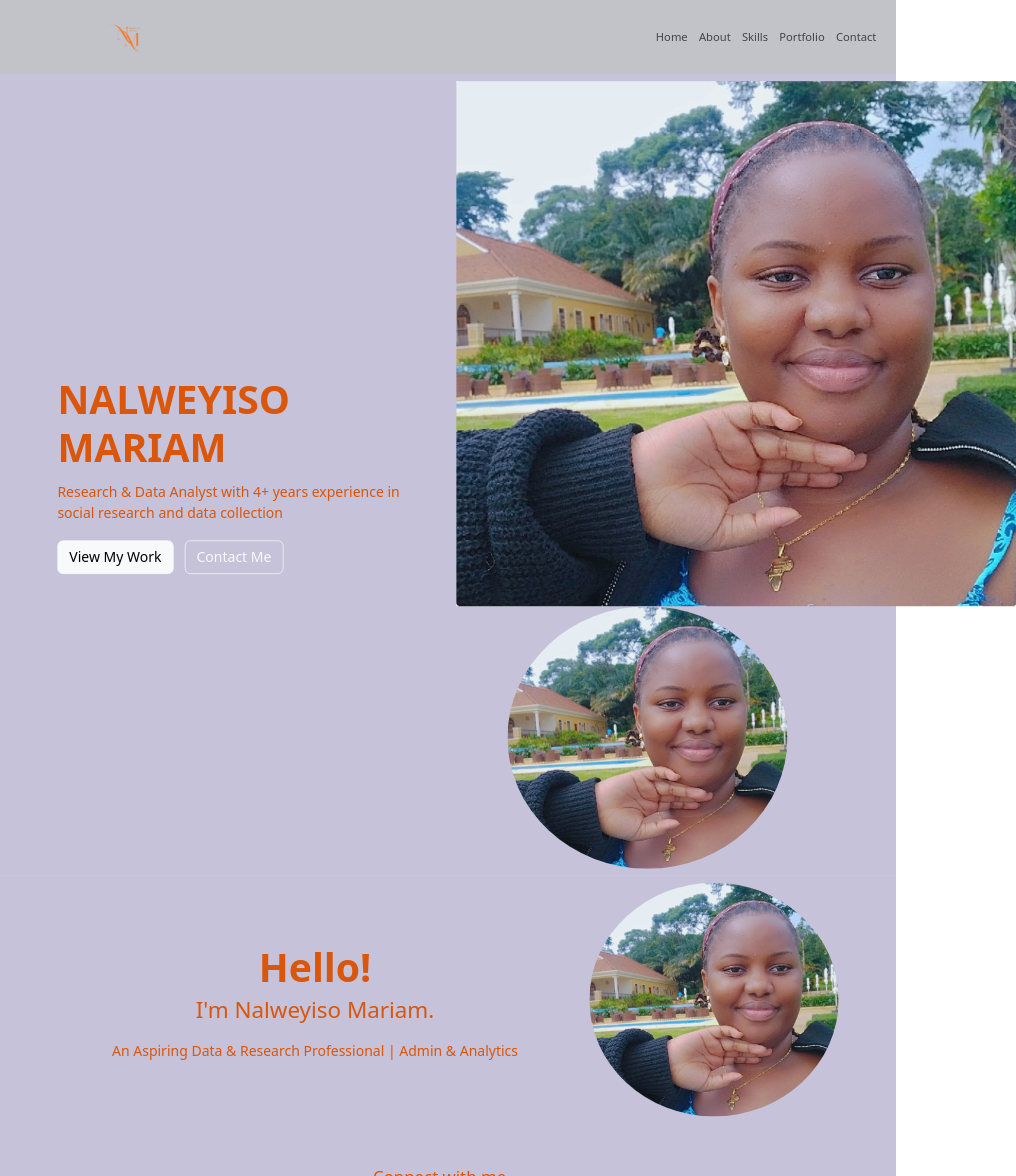
Repository: NalweMari/My-Personal-Portfolio
Page: index.html
An editor plug-in stored every save of this project. The page is shown before and after the next save, followed by the edit.
The browser window is 1280 px wide. The page is 1452 px wide, then 1280 px, so the pictures cover 1452 px, including what lies to the right of the window. The pictures show the part of the page from y = 0 to 1680 px (the page is 2622 px tall before and 1872 px after), at 70% of full size.

Above is the page before, as saved 2025-11-28 11:17:40.
Console error (its wording comes from the project's code and is left out).

### index.html
<!DOCTYPE html>
<html lang="en">

<head>
    <meta charset="UTF-8">
    <meta name="viewport" content="width=device-width, initial-scale=1.0">
    <title>My Portfolio</title>
    <link rel="stylesheet" href="style.css">
    <!-- Bootstrap CSS -->
    <link href="https://cdn.jsdelivr.net/npm/bootstrap@5.3.0/dist/css/bootstrap.min.css" rel="stylesheet">
    <!-- Font Awesome for icons -->
    <link rel="stylesheet" href="https://cdnjs.cloudflare.com/ajax/libs/font-awesome/6.4.0/css/all.min.css">

</head>

<body>
    <!-- Navigation -->

    <nav class="navbar navbar-expand-lg navbar-light bg-custom">
        <div class="container me-2">
            <a class="navbar-brand" href="#"><img src="images/Initials_Logo-preview (1).png" alt="Your Logo"
                    height="80"></a> <button class="navbar-toggler" type="button" data- 6 toggle="collapse"
                data-target="#navbarNav" aria-controls="navbarNav" aria-expanded="false" aria-label="Toggle navigation">
                <span class="navbar-toggler-icon"></span> </button>
            <div class="collapse navbar-collapse" id="navbarNav">
                <ul class="navbar-nav ms-auto">
                    <li class="nav-item"><a class="nav-link" href="#home">Home</a></li>
                    <li class="nav-item"><a class="nav-link" href="#about">About</a></li>
                    <li class="nav-item"><a class="nav-link" href="#skills">Skills</a></li>
                    <li class="nav-item"><a class="nav-link" href="#portfolio">Portfolio</a></li>
                    <li class="nav-item"><a class="nav-link" href="#contact">Contact</a></li>
                </ul>
            </div>
        </div>
    </nav>

    <!-- Hero Section -->
    <section id="home" class="hero-section">
        <div class="container">
            <div class="row align-items-center">
                <div class="col-lg-6">
                    <h1 class="display-4 fw-bold mb-3">NALWEYISO MARIAM</h1>
                    <p class="lead mb-4">Research & Data Analyst with 4+ years experience in social research and data collection</p>
                    <div class="d-flex flex-wrap gap-3">
                        <a href="#portfolio" class="btn btn-light btn-lg">View My Work</a>
                        <a href="#contact" class="btn btn-outline-light btn-lg">Contact Me</a>
                    </div>
                </div>
                <div class="col-lg-6 text-center mt-5 mt-lg-0">
                    <img src="images/Profile design.png" alt="Profile" class="">
                    <img src="images/Profile design.png" class="img-fluid rounded-circle large-profile" alt="Nalweyiso Mariam">
                </div>
            </div>
        </div>
    </section>

    <!-- Hero Section -->
    <!-- <section id="home" class="hero-section text-center">
        <div class="container">
            <h1 class="display-4 fw-bold">MARIAM</h1>
            <p class="lead">Web Developer & UI/UX Designer</p>
            <a href="#projects" class="btn btn-primary btn-lg mt-3">View My Work</a>
        </div>
    </section> -->
    <section id="home" class="hero-section text-center">
        <div class="container">
            <div class="row align-items-center">
                <div class="col-md-8">
                    <h1 class="display-4 fw-bold">Hello!</h1>
                    <h2 class="mb-4">I'm Nalweyiso Mariam.</h2>
                    <p class="lead">An Aspiring Data & Research Professional | Admin & Analytics</p>
                    <p></p>
                    <!-- <a href="#projects" class="btn btn-primary btn-lg mt-3">View My Work</a>
                    <a href="#" class="btn btn-outline-primary mt-3">Download CV</a> -->
                </div>
                <div class="col-md-4 text-center mb-4">
                    <img src="images/Profile design.png" alt="Profile" class="img-fluid rounded-circle large-profile">
                </div>
                <div class="row mt-5">
                    <div class="col text-center">
                        <h4>Connect with me</h4>
                        <div class="mt-3">
                            <a href="#" class="text-dark me-3"><i class="fab fa-linkedin fa-2x"></i></a>
                            <a href="#" class="text-dark me-3"><i class="fab fa-github fa-2x"></i></a>
                            <a href="#" class="text-dark me-3"><i class="fab fa-twitter fa-2x"></i></a>
                        </div>
                    </div>
                </div>
    </section>
    <!-- About Section -->

    <section id="about" class="py-5">
        <div class="container">
            <h1 class="">MARIAM</h1>
            <p class="lead">Web Developer & UI/UX Designer</p>
            <a href="#projects" class="btn btn-primary btn-lg mt-3">View My Work</a>
            <section id="about" class="">
                <div class="container">
                    <div class="row align-items-center">
                        <div class="display-4 fw-bold">
                            <img src="https://via.placeholder.com/300" alt="Profile" class="img-fluid rounded-circle">
                        </div>
                        <div class="col-md-8">
                            <h2 class="mb-4">About Me</h2>
                            <p class="lead">I'm a research /data analyst with of 4 years
                                experience in social research, qualitative and quantitative data collection.</p>
                            <p>I'm currently developing strong analytical capacity with practical learning in Excel,
                                SQL,
                                Python,
                                and data visualization. Skilled in documentation, scheduling, planning, teamwork, and
                                report
                                drafting, with additional beginner-level exposure to web development. I'm always eager
                                to learn
                                new technologies and take on challenging projects.</p>
                            <a href="#" class="btn btn-outline-primary mt-3">Download CV</a>
                        </div>
                    </div>
                </div>
            </section>
            <script src="https://stackpath.bootstrapcdn.com/bootstrap/4.5.2/js/bootstrap.min.js"></script>
</body>

</html>

### Style.css
.bg-custom {
  background-color: rgba(3, 0, 31, 0.24);
}

.hero-section {
  background-color: rgba(13, 3, 99, 0.24);
  color:  rgb(218, 86, 10);
     /* color: white; */
  padding: 10px 0;
}
.large-profile {
    width: 400px;
    height: 400px;
    object-fit: cover;
}
/* .skill-bar {
  height: 20px;
  background-color: #e9ecef;
  border-radius: 5px;
  margin-bottom: 15px;
}
.skill-progress {
  height: 100%;
  border-radius: 5px;
  background-color: #0d6efd;
}
.project-card {
  transition: transform 0.3s;
}
.project-card:hover {
  transform: translateY(-5px);
} */

After the next save:
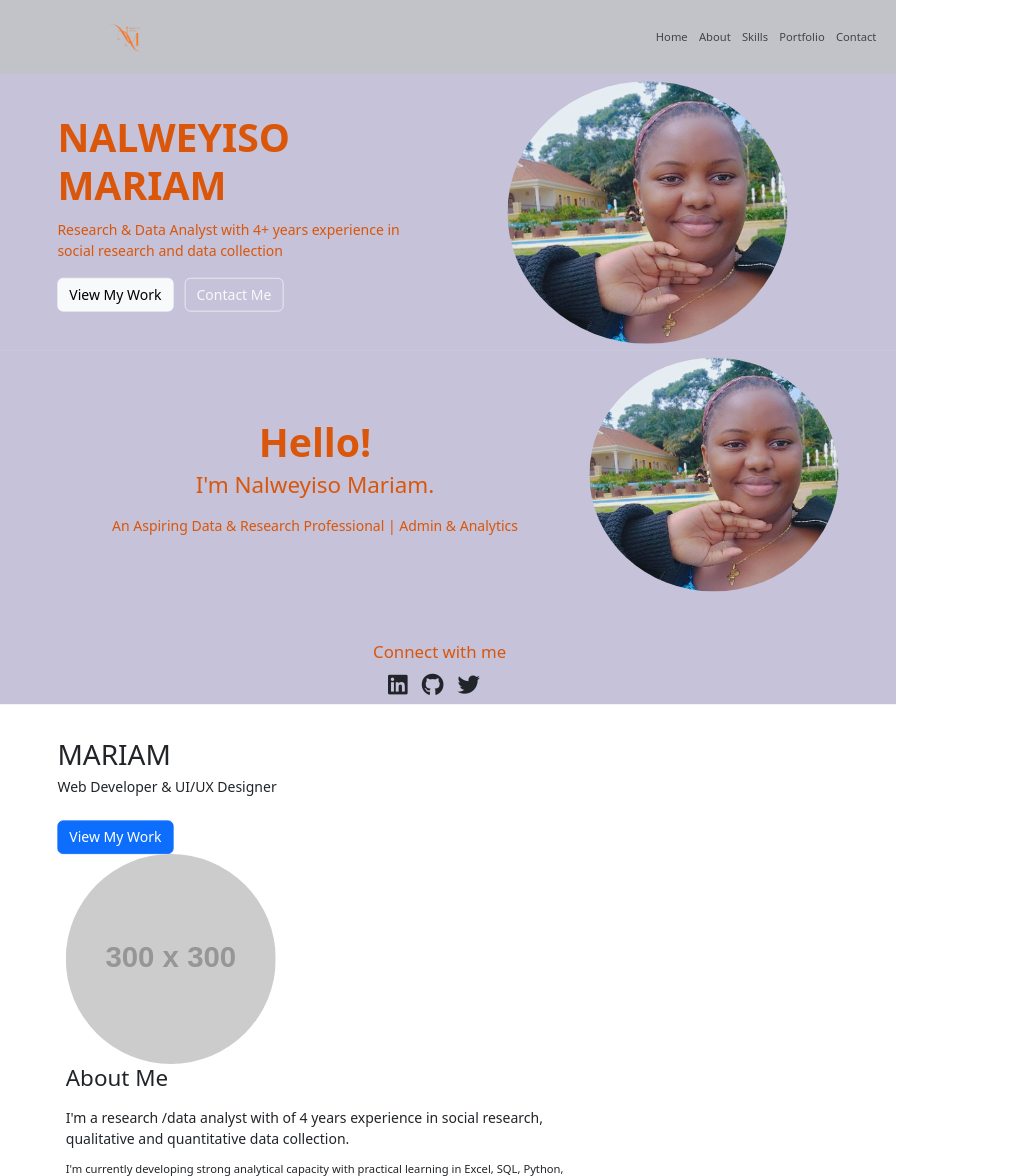
Saved 8 s later.
--- a/index.html
+++ b/index.html
@@ -47,8 +47,7 @@
                     </div>
                 </div>
                 <div class="col-lg-6 text-center mt-5 mt-lg-0">
-                    <img src="images/Profile design.png" alt="Profile" class="">
-                    <img src="images/Profile design.png" class="img-fluid rounded-circle large-profile" alt="Nalweyiso Mariam">
+                                        <img src="images/Profile design.png" class="img-fluid rounded-circle large-profile" alt="Nalweyiso Mariam">
                 </div>
             </div>
         </div>
